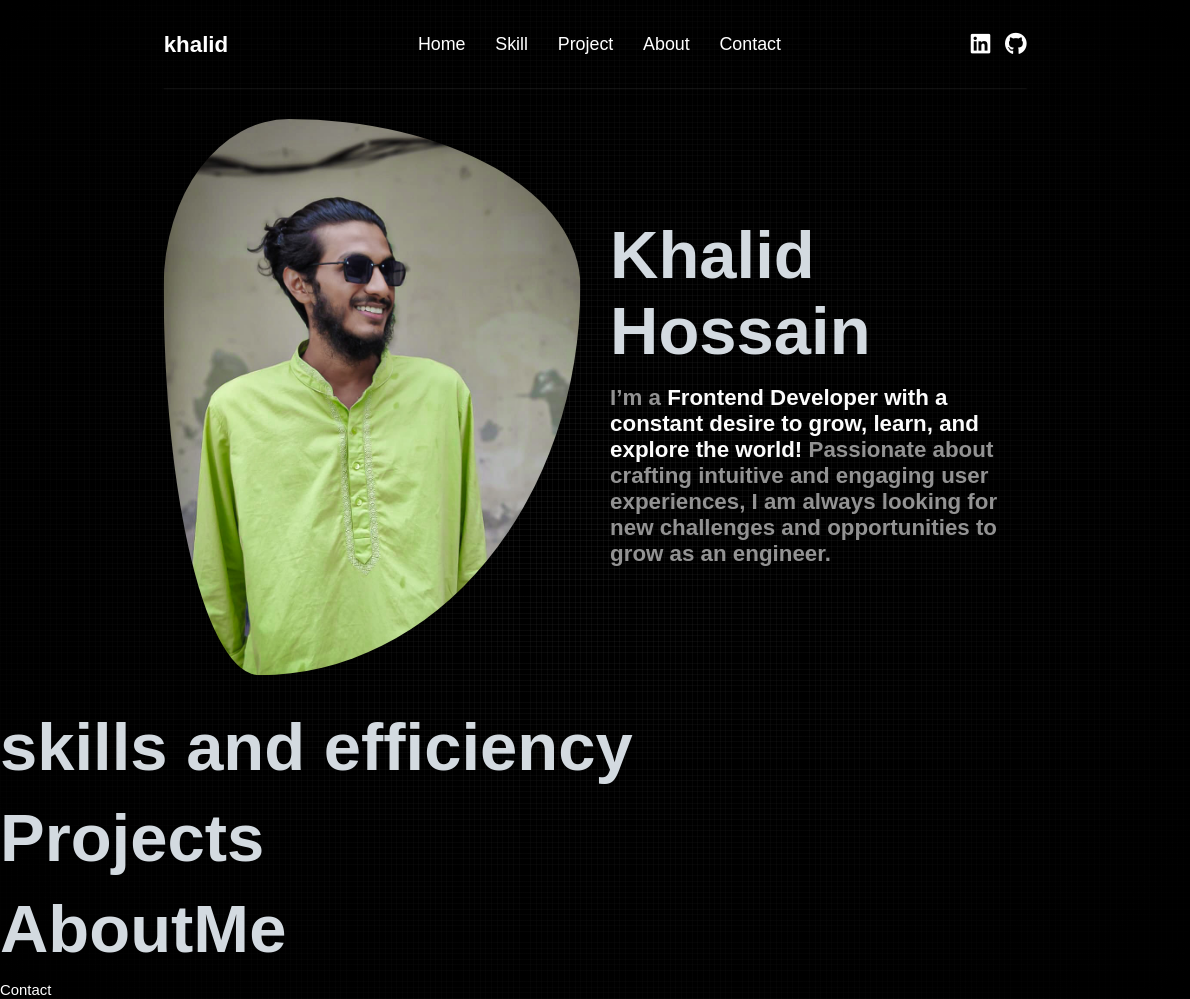
Repository: badhon252/my-portfolio
Page: /
An editor plug-in stored every save of this project. The page is shown before and after the next save, followed by the edit.
The browser window is 1280 px wide. The pictures show the whole page, at 93% of full size.
The project was rebuilt for these pictures with package versions that can differ from the ones it lists, and the page was loaded fresh each time. Also part of the build but not shown: src/Components/Home/Header/Navbar/Navs/LinkedIn/LinkedIn.module.css, src/Components/Home/Header/Navbar/Navs/GitHub/Github.module.css.

Above is the page before, as saved 2023-01-16 00:05:28.

After the next save:
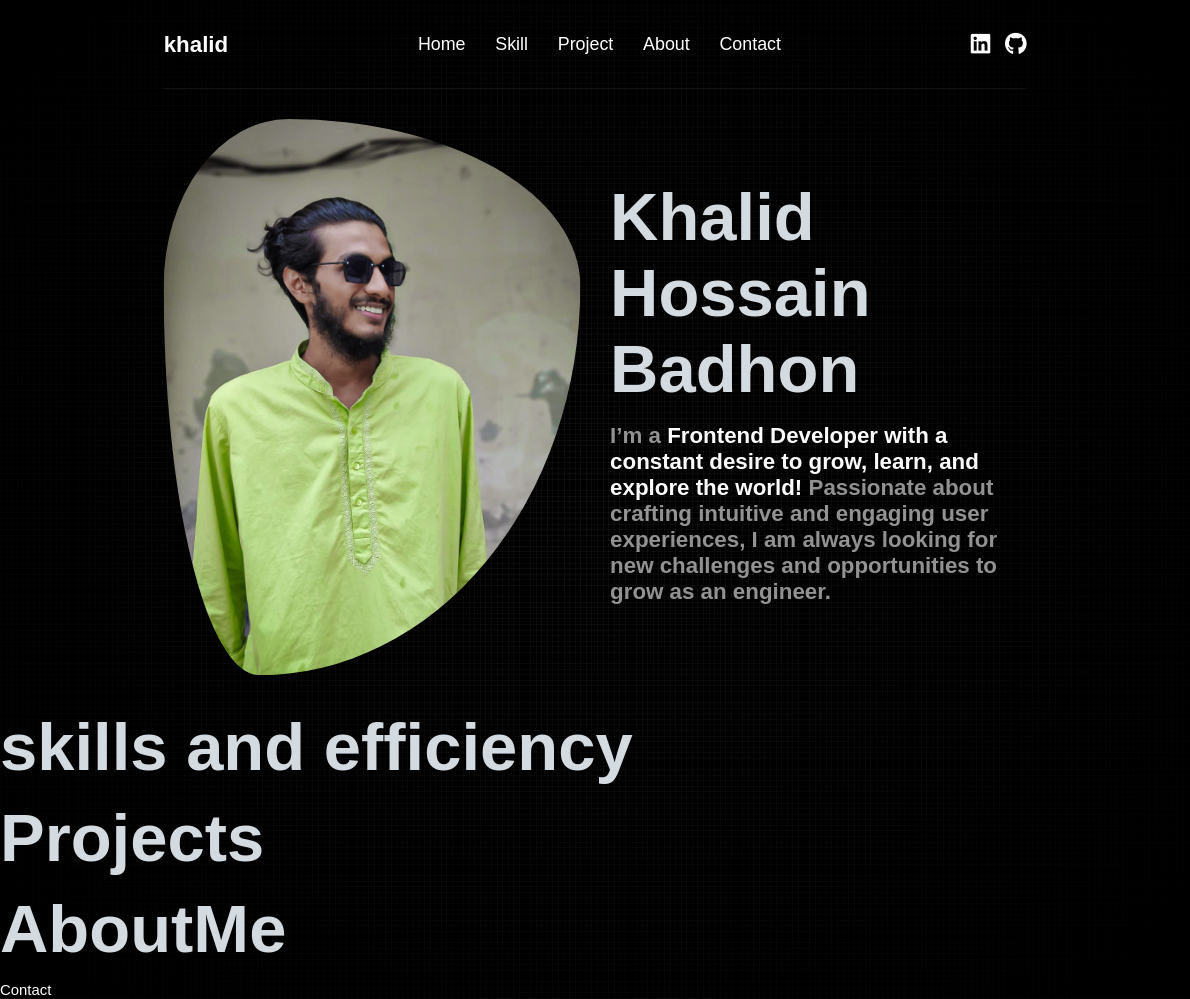
Saved 2 min 32 s later.
--- a/src/Components/Home/Header/HeaderContent/HeroSection.jsx
+++ b/src/Components/Home/Header/HeaderContent/HeroSection.jsx
@@ -4,7 +4,7 @@
 export default function HeroSection({col}) {
   return (
     <div className={col}>
-          <h1 className={Classes.h1}>Khalid Hossain</h1>
+          <h1 className={Classes.h1}>Khalid Hossain Badhon</h1>
           <p>
             I’m a <span>Frontend Developer with a constant desire to grow, learn, and explore the world!</span> Passionate about crafting intuitive and engaging user experiences,
             I am always looking for new challenges and opportunities to grow as an engineer.

After the save that followed:
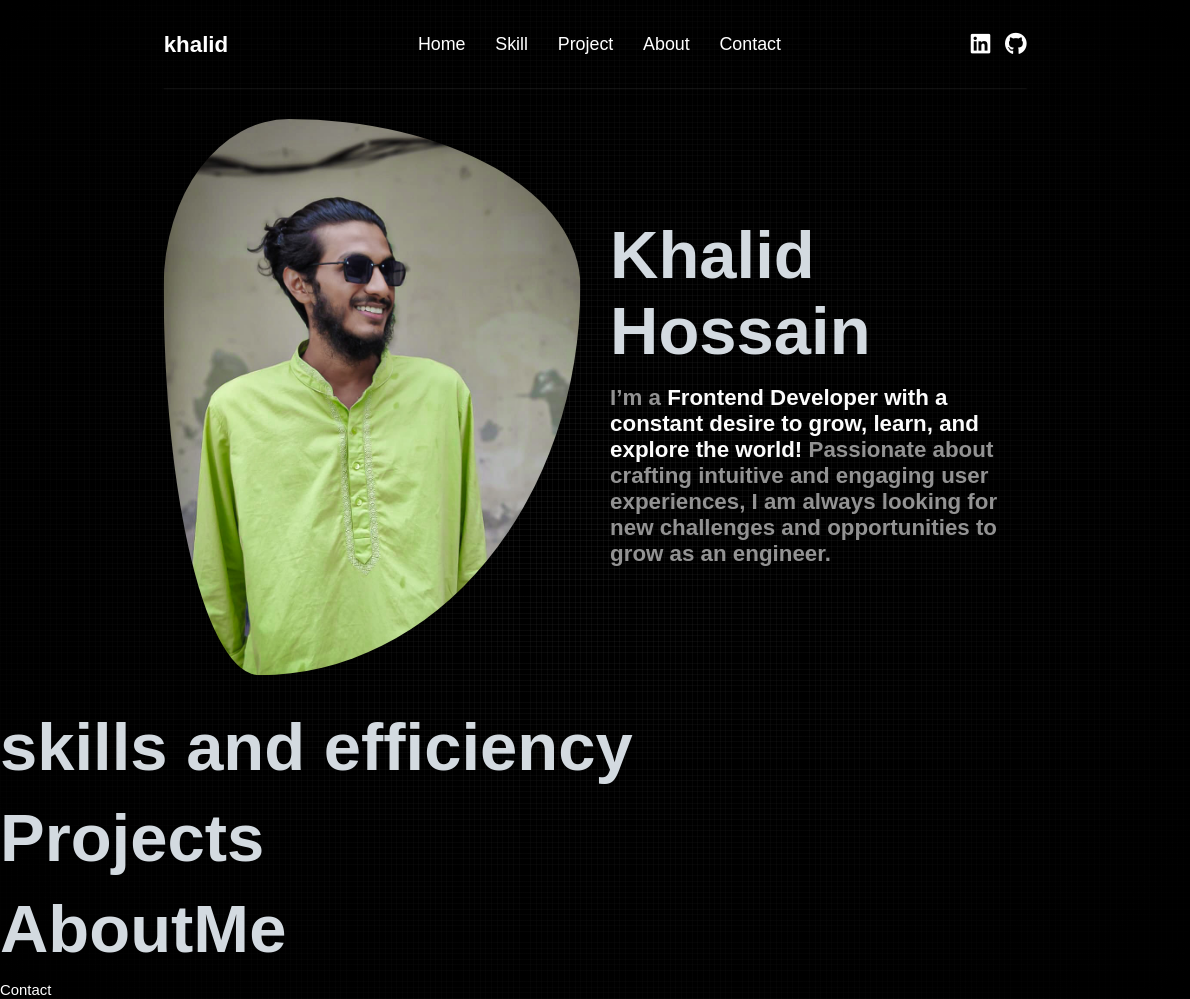
Saved 10 s later.
--- a/src/Components/Home/Header/HeaderContent/HeroSection.jsx
+++ b/src/Components/Home/Header/HeaderContent/HeroSection.jsx
@@ -4,7 +4,7 @@
 export default function HeroSection({col}) {
   return (
     <div className={col}>
-          <h1 className={Classes.h1}>Khalid Hossain Badhon</h1>
+          <h1 className={Classes.h1}>Khalid Hossain</h1>
           <p>
             I’m a <span>Frontend Developer with a constant desire to grow, learn, and explore the world!</span> Passionate about crafting intuitive and engaging user experiences,
             I am always looking for new challenges and opportunities to grow as an engineer.
